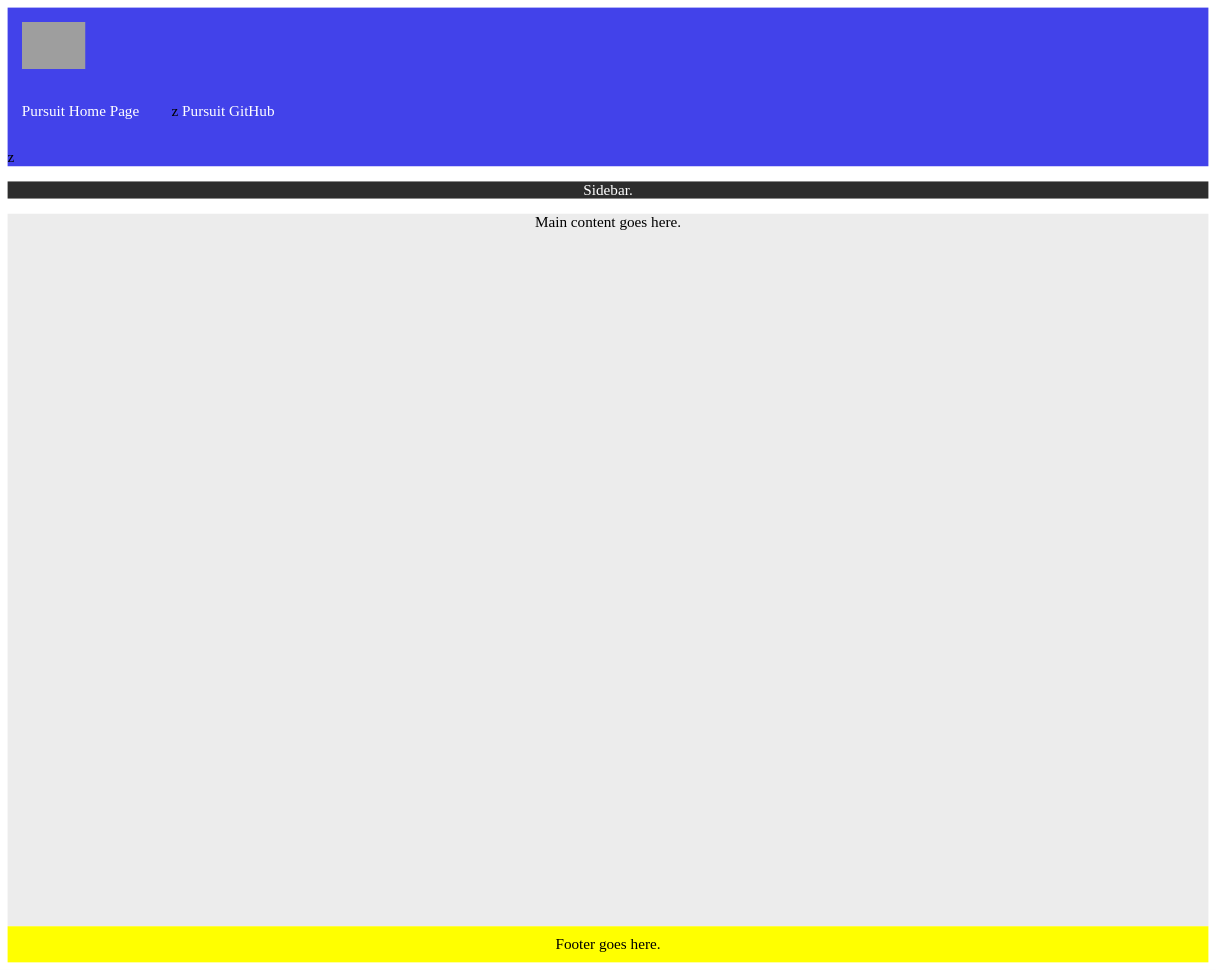
Repository: 10-2-pursuit/lab-css-grid
Page: index.html
The author's editor kept a copy of each file at every save. The page is drawn from the files as they stood at one save, then again after the next save.
The browser window is 1280 px wide. The pictures show the whole page, at 95% of full size.
Pictures or frames that could not be fetched are drawn as grey boxes.

Above is the page before, as saved 2023-06-18 12:32:41.

### index.html
<!DOCTYPE html>
<html lang="en">

<head>
  <meta charset="UTF-8">
  <meta http-equiv="X-UA-Compatible" content="IE=edge">
  <meta name="viewport" content="width=device-width, initial-scale=1.0">
  <title>CSS Grid</title>
  <link href="./style.css" rel="stylesheet" />
</head>

<body>
  <div class="header">
    <div class="logo"><img src="./assets/pursuit-logo.png" alt="Pursuit logo" /></div>
    <div class="menu">
      <ul>
        <li>
          <a href="https://pursuit.org">Pursuit Home Page</a>
        </li>
        <li>z
          <a href="https://github.com/joinpursuit">Pursuit GitHub</a>
        </li>
      </ul>z
    </div>
  </div>

  <div class="primary-content">
    <div class="sidebar">
      <p>Sidebar.</p>
    </div>

    <div class="main">
      <p>Main content goes here.</p>
    </div>
  </div>

  <div class="footer">
    <div>Footer goes here.</div>
  </div>
</body>

</html>

### style.css
/* Write your CSS here! */

/* Do not change the CSS below. */

.header {
  background: #4242ea;
}

.logo img {
  height: 50px;
  margin: 15px 0 0 15px;
  width: auto;
}

.menu ul {
  padding: 0;
}

.menu ul li {
  display: inline-block;
  padding: 15px;
}

.menu a {
  color: white;
  text-decoration: none;
}

.sidebar {
  background: #2d2d2d;
  color: white;
  text-align: center;
}

.main {
  background: #ececec;
  height: 750px;
  text-align: center;
}

.footer {
  background: yellow;
  padding: 10px;
  text-align: center;
}

After the next save:
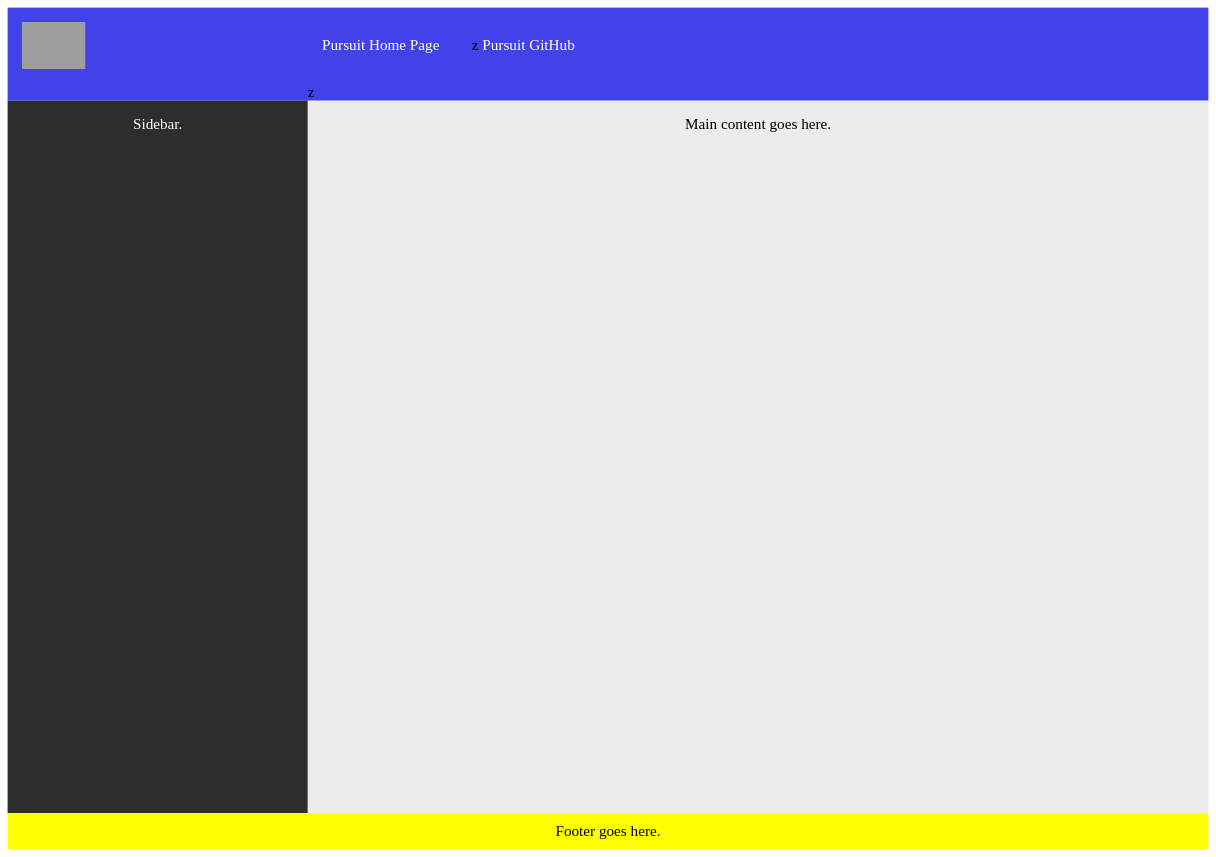
Saved 9 min 38 s later.
--- a/style.css
+++ b/style.css
@@ -1,4 +1,66 @@
 /* Write your CSS here! */
+body {
+
+  display:grid;
+
+  grid-template-columns: repeat(4 auto);
+
+  grid-template-rows: auto;
+
+  grid-template-areas:
+
+    "header header header header"
+
+    "content content content content"
+
+    "footer footer footer footer";
+
+}
+
+
+
+.primary-content {
+
+  display: grid;
+
+  grid-template-columns: 1fr 3fr;
+
+  grid-area: content;
+
+}
+
+/* Do not change the CSS below. */
+
+
+
+.header {
+
+  background: #4242ea;
+
+  grid-area: header;
+
+  /* height: 150px; */
+
+  display: grid;
+
+  grid-template-columns: 1fr 2fr 1fr;
+
+}
+
+
+
+.logo img {
+height: 50px; margin: 15px 0 0 15px; width: auto;}.menu ul { padding: 0;}.menu ul li { display: inline-block; padding: 15px;}.menu a { color: white; text-decoration: none;}.sidebar { background: #2d2d2d; color: white; text-align: center;}.main { background: #ececec; height: 750px; text-align: center;}.footer {
+
+  background: yellow;
+
+  padding: 10px;
+
+  text-align: center;
+
+  grid-area: footer;
+
+}
 
 /* Do not change the CSS below. */
 
